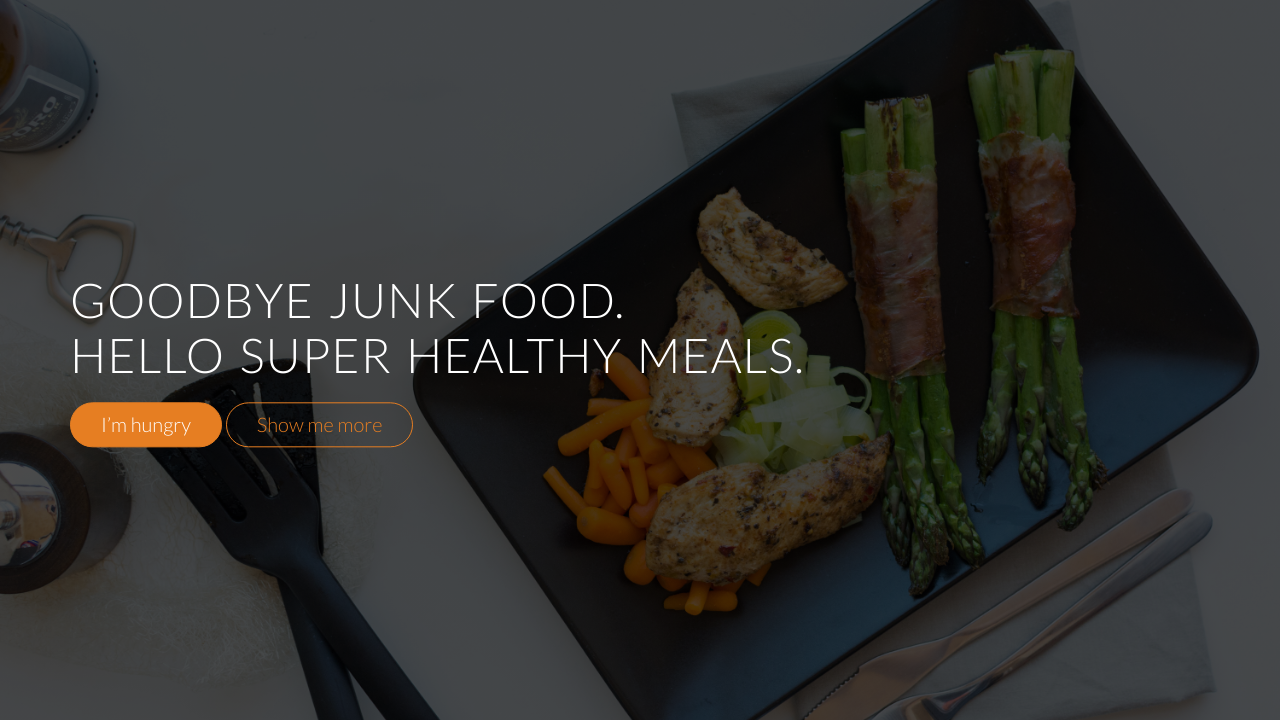
Repository: MalgorzataMazur/Omnifood
Page: index.html
An editor plug-in stored every save of this project. The page is shown before and after the next save, followed by the edit.
The browser window is 1280 px wide. The pictures show the whole page.

Above is the page before, as saved 2019-10-29 21:29:49.

After the next save:
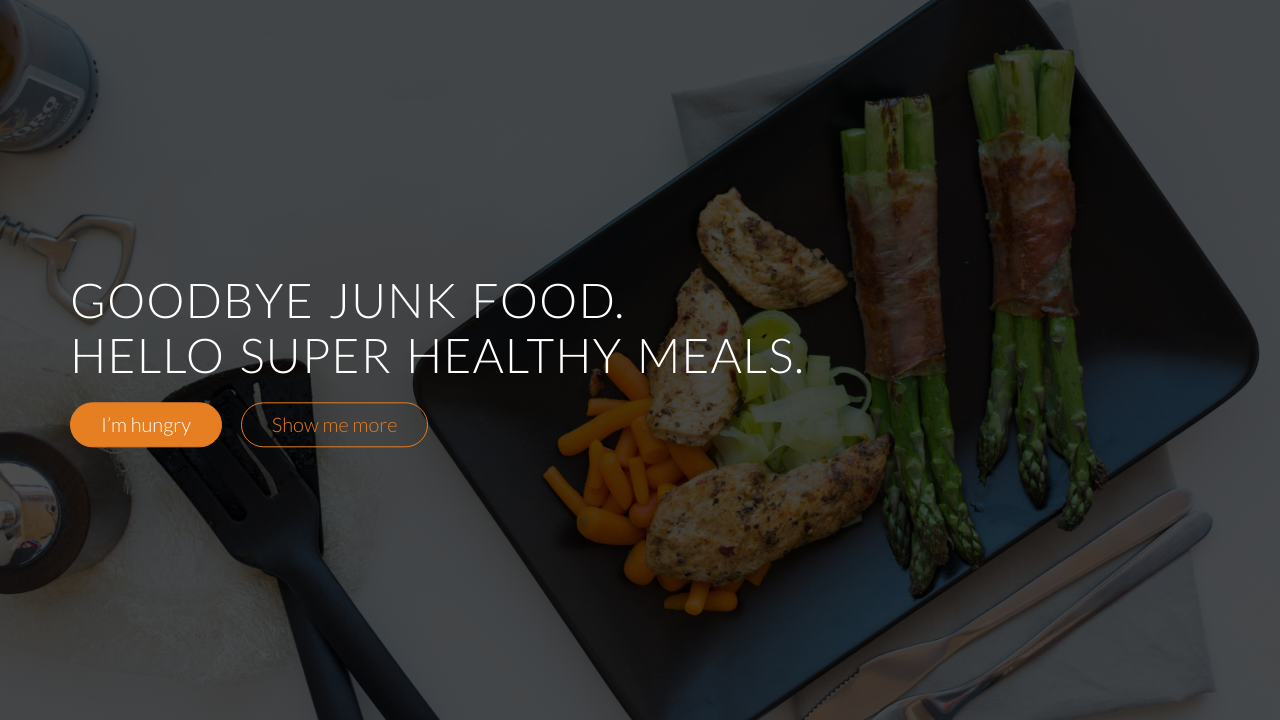
Saved 12 s later.
--- a/resources/css/style.css
+++ b/resources/css/style.css
@@ -60,7 +60,7 @@ h1 {
     background-color: #e67e22;
     border: 1px solid #e67e22;
     color: #fff;
-    margin-righj
+    margin-right: 15px;
 
 }
 
